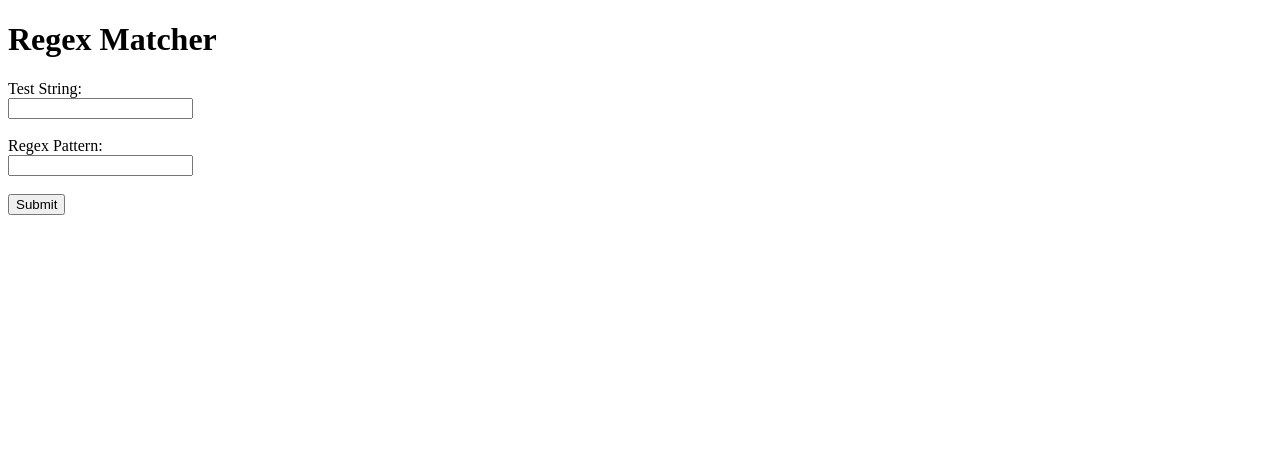
Repository: viveknaidu007/repo-56-Regex-Matching-Web-App-Development-Project
Page: http://localhost/
An editor plug-in stored every save of this project. The page is shown before and after the next save, followed by the edit.
The browser window is 1280 px wide. The pictures show the whole page.
The page is served by the project's application, run on Flask 3 (app.py).

Above is the page before, as saved 2024-03-05 11:56:34.

After the next save:
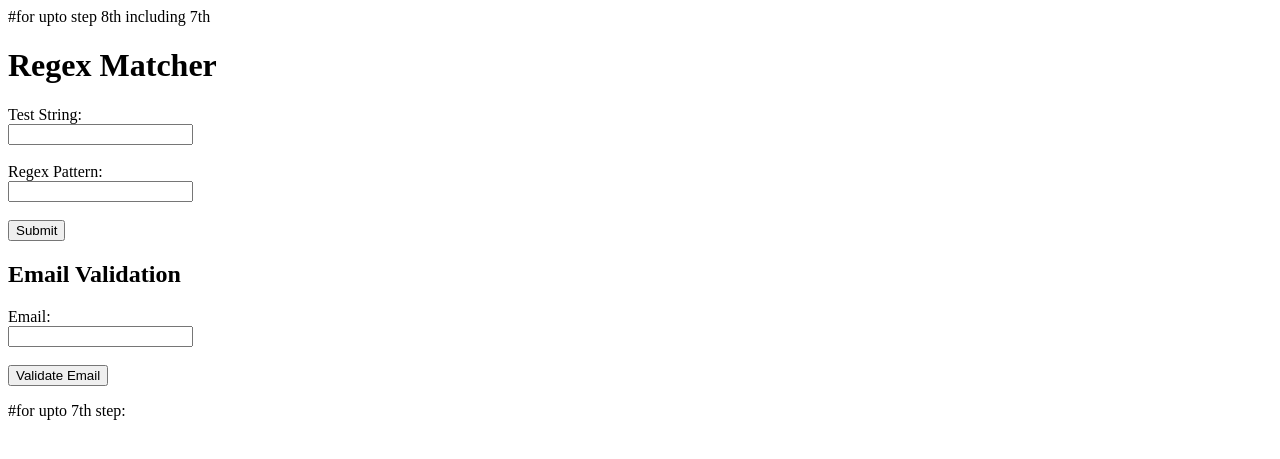
Saved 6 min 44 s later.
--- a/templates/index.html
+++ b/templates/index.html
@@ -1,3 +1,53 @@
+#for upto step 8th including 7th
+
+<!DOCTYPE html>
+<html lang="en">
+<head>
+    <meta charset="UTF-8">
+    <meta name="viewport" content="width=device-width, initial-scale=1.0">
+    <title>Regex Matcher</title>
+    <script src="https://ajax.googleapis.com/ajax/libs/jquery/3.5.1/jquery.min.js"></script>
+</head>
+<body>
+    <h1>Regex Matcher</h1>
+
+    <!-- Form for regex matching -->
+    <form id="regexForm" action="/results" method="post">
+        <label for="test_string">Test String:</label><br>
+        <input type="text" id="test_string" name="test_string"><br><br>
+        <label for="regex_pattern">Regex Pattern:</label><br>
+        <input type="text" id="regex_pattern" name="regex_pattern"><br><br>
+        <input type="submit" value="Submit">
+    </form>
+
+    <!-- Form for email validation -->
+    <h2>Email Validation</h2>
+    <form id="emailForm">
+        <label for="email">Email:</label><br>
+        <input type="email" id="email" name="email"><br><br>
+        <input type="button" value="Validate Email" onclick="validateEmail()">
+        <span id="emailResult"></span>
+    </form>
+
+    <script>
+        function validateEmail() {
+            var email = document.getElementById("email").value;
+            $.post("/validate_email", {email: email}, function(data) {
+                if (data.is_valid) {
+                    document.getElementById("emailResult").innerText = "Valid email address.";
+                } else {
+                    document.getElementById("emailResult").innerText = "Invalid email address.";
+                }
+            });
+        }
+    </script>
+</body>
+</html>
+
+
+
+#for upto 7th step:
+<!--
 <!DOCTYPE html>
 <html lang="en">
 <head>
@@ -16,3 +66,5 @@
     </form>
 </body>
 </html>
+
+-->
